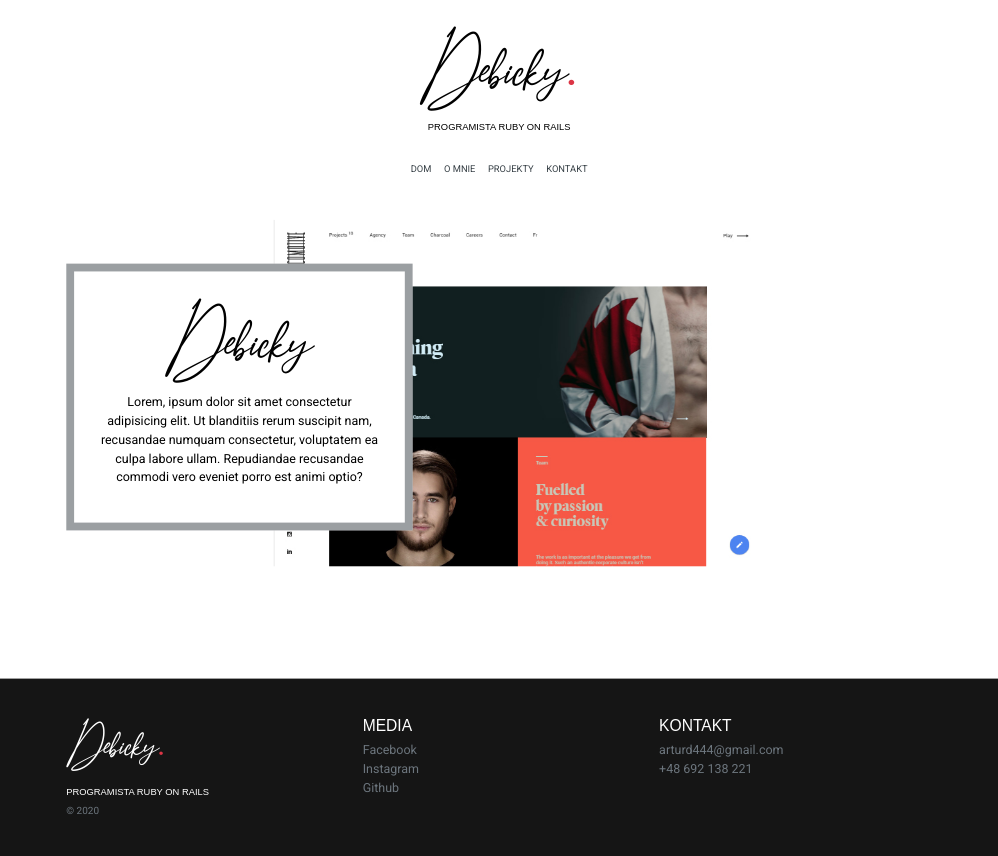
Repository: debicky/debicky.github.io
Page: index.html
These files come from the project's save history. The page is drawn as it stood at one moment and after a run of saves; the edit follows.
The browser window is 1280 px wide. The pictures show the whole page, at 78% of full size.
Some web fonts or font styles are not loaded; a fallback is used. Some web libraries are served in a nearby version.

Above is the page before, as saved 2020-06-10 12:21:35.

After the next 3 saves:
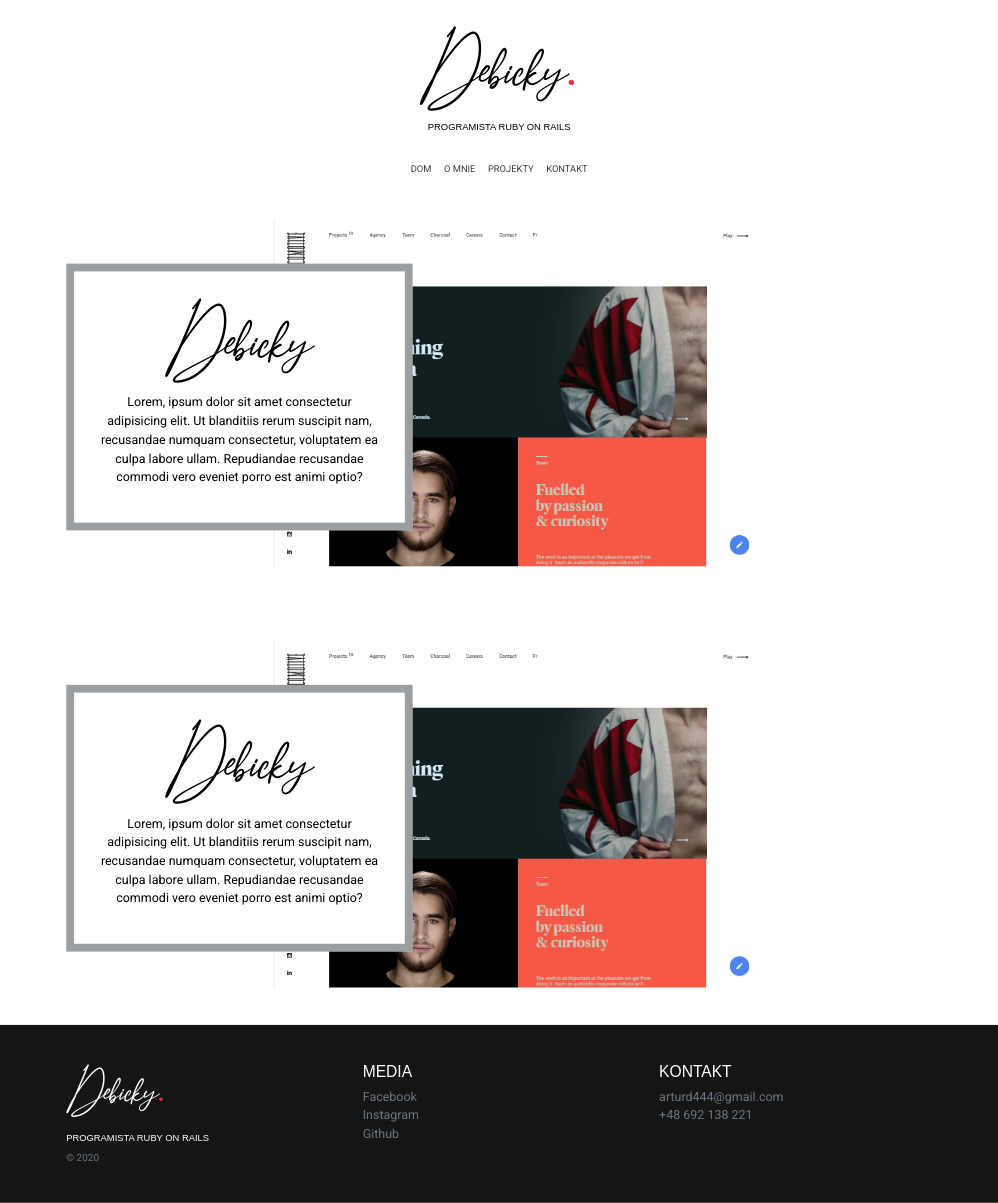
The 3 saves are shown as one change because they came seconds apart.
The last was saved 64 s later.
--- a/index.html
+++ b/index.html
@@ -68,7 +68,19 @@
   <section class="projects py-5">
     <div class="container">
       <div class="project-1">
-
+        <div class="about-content">
+          <div class="about-description">
+            <div class="signature">
+              <h5 class="signature-heading">Debicky</h5>
+              <p>Lorem, ipsum dolor sit amet consectetur adipisicing elit. Ut blanditiis rerum suscipit nam, recusandae numquam consectetur, voluptatem ea culpa labore ullam. Repudiandae recusandae commodi vero eveniet porro est animi optio?</p>
+            </div>
+          </div>
+          <div class="about-image">
+            <a href="/images/1.jpeg">
+              <img src="/images/2.jpeg" alt="img1">
+            </a>
+          </div>
+        </div>
       </div>
 
     </div>
